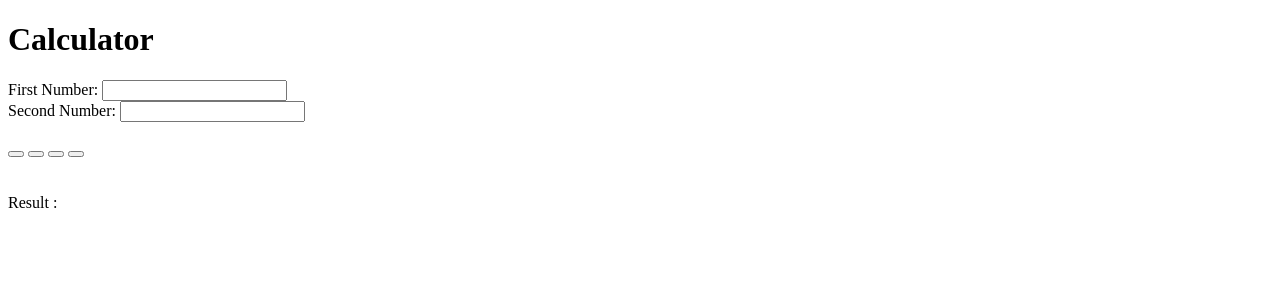
Repository: Nit-isha/Java-Spring-WEB
Page: http://localhost/1-Spring-web-MVC/CalcIndex.jsp
These files come from the project's save history. The page is drawn as it stood at one moment and after the next save; the edit follows.
The browser window is 1280 px wide. The pictures show the whole page.
The page is served by Tomcat 9.

Above is the page before, as saved 2022-10-06 13:12:42.

After the next save:
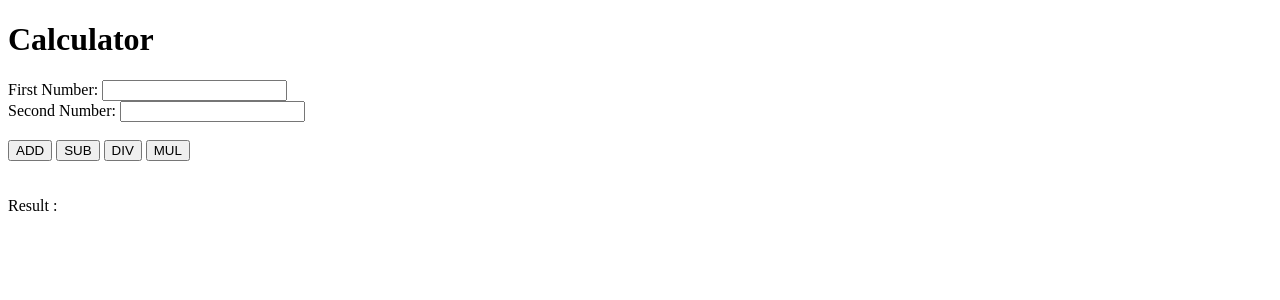
Saved 79 min 27 s later.
--- a/1-Spring-web-MVC/src/main/webapp/CalcIndex.jsp
+++ b/1-Spring-web-MVC/src/main/webapp/CalcIndex.jsp
@@ -14,10 +14,10 @@
 			Second Number: <input type="number" name="sno">
 			<br>
 			<br>
-			<button type="submit" name="op" value = "ADD"></button>
-			<button type="submit" name="op" value = "SUB"></button>
-			<button type="submit" name="op" value = "DIV"></button>
-			<button type="submit" name="op" value = "MUL"></button>
+			<button type="submit" name="op" value = "ADD">ADD</button>
+			<button type="submit" name="op" value = "SUB">SUB</button>
+			<button type="submit" name="op" value = "DIV">DIV</button>
+			<button type="submit" name="op" value = "MUL">MUL</button>
 		</form>
 		<br>
 		<br>
